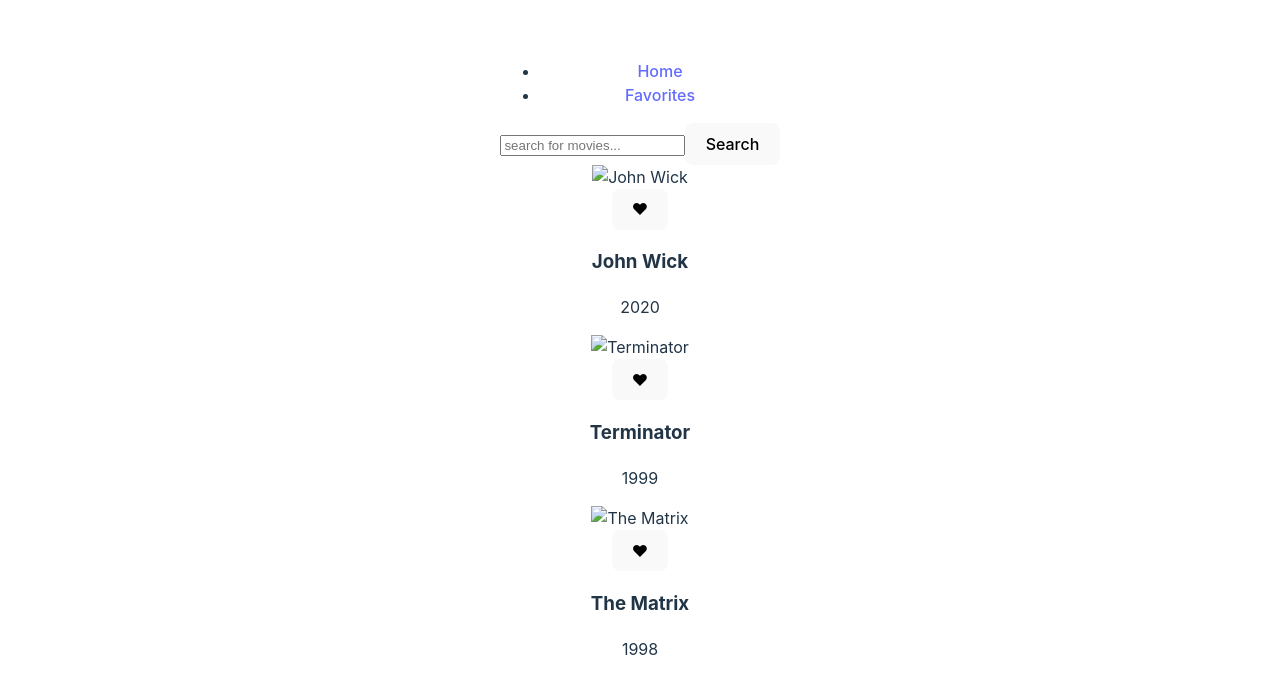
Repository: gogg23/movie-app
Page: / (app in movie app/)
The author's editor kept a copy of each file at every save. The page is drawn from the files as they stood at one save, then again after the next save.
The browser window is 1280 px wide. The pictures show the whole page.
The project was rebuilt for these pictures with package versions that can differ from the ones it lists, and the page was loaded fresh each time. Also part of the build but not shown: movie app/vite.config.js, movie app/src/pages/Favorites.jsx.

Above is the page before, as saved 2025-02-22 11:19:26.

After the next save:
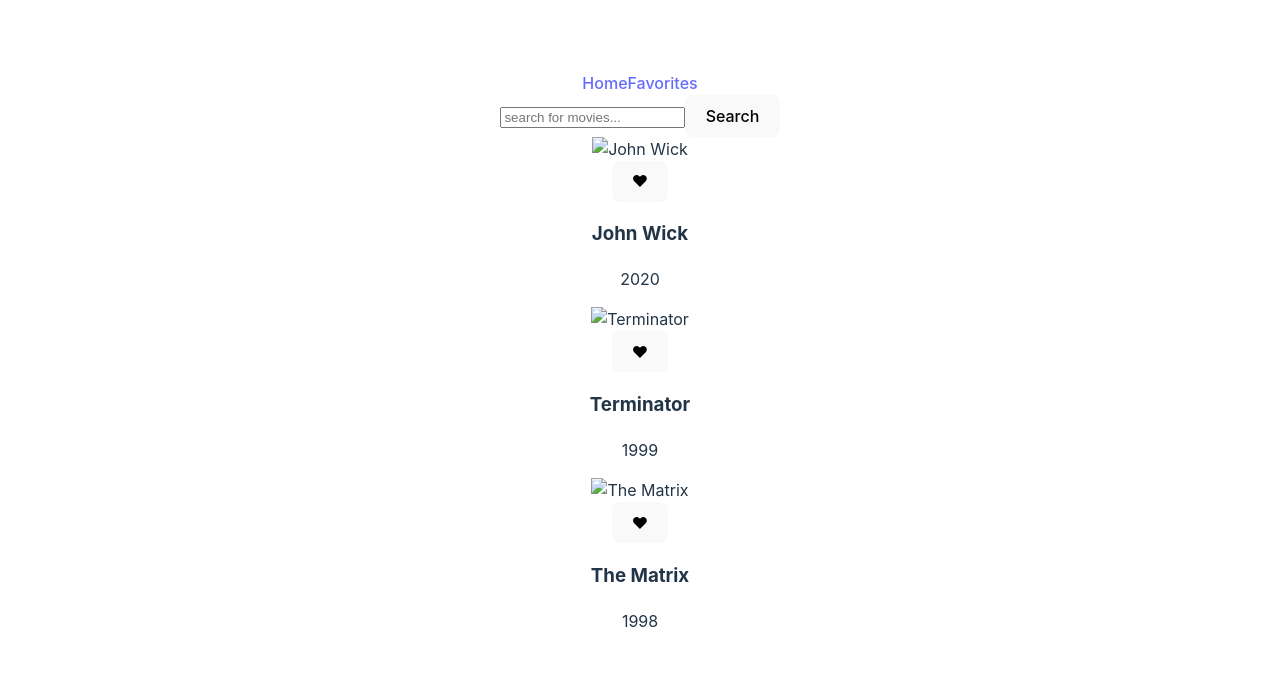
Saved 71 s later.
--- a/movie app/src/components/NavBar.jsx
+++ b/movie app/src/components/NavBar.jsx
@@ -4,14 +4,8 @@
 function NavBar() {
   return (
     <nav>
-      <ul>
-        <li>
-          <Link to='/'>Home</Link>
-        </li>
-        <li>
-          <Link to='/favorites'>Favorites</Link>
-        </li>
-      </ul>
+      <Link to='/'>Home</Link>
+      <Link to='/favorites'>Favorites</Link>
     </nav>
   );
 }
